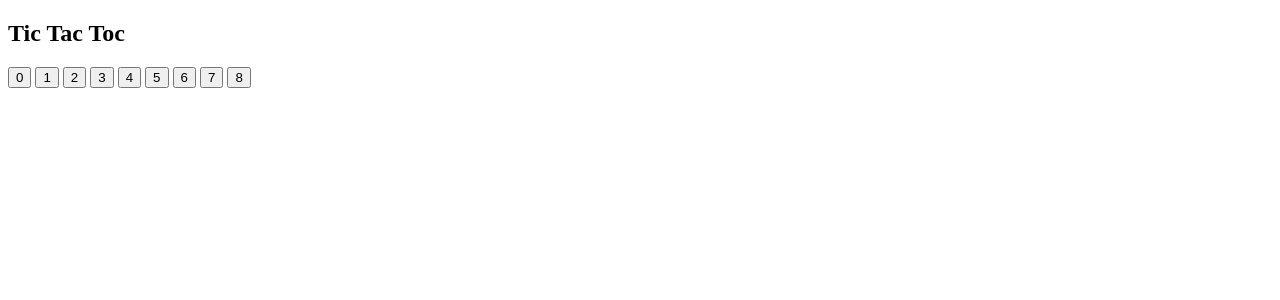
Repository: ksj5551d-cyber/ChugHub
Page: spsgame/game.html
An editor plug-in stored every save of this project. The page is shown before and after a run of saves, followed by the edit.
The browser window is 1280 px wide. The pictures show the whole page.

Above is the page before, as saved 2025-10-09 13:08:48.

After the next 4 saves:
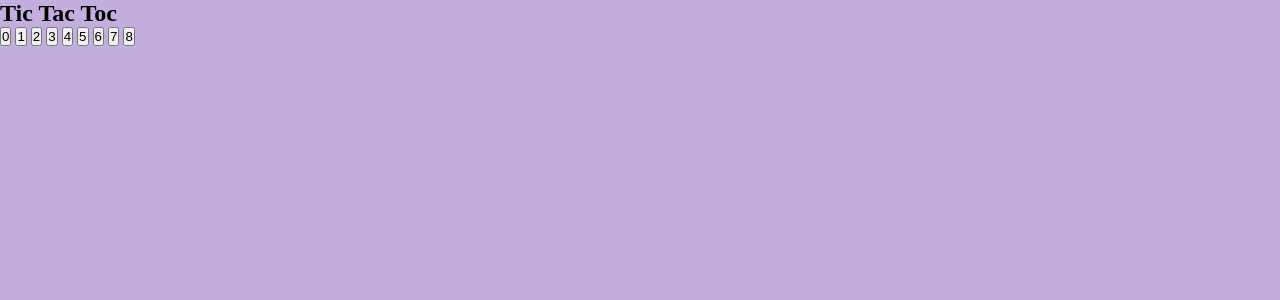
The 4 saves are shown as one change because they came seconds apart.
The last was saved 8 s later.
--- a/spsgame/game.html
+++ b/spsgame/game.html
@@ -4,7 +4,7 @@
     <meta charset="UTF-8">
     <meta name="viewport" content="width=device-width, initial-scale=1.0">
     <title>Document</title>
-    <link rel="stylesheet" href="">
+    <link rel="stylesheet" href="game.css">
 </head>
 <body>
     <main>
